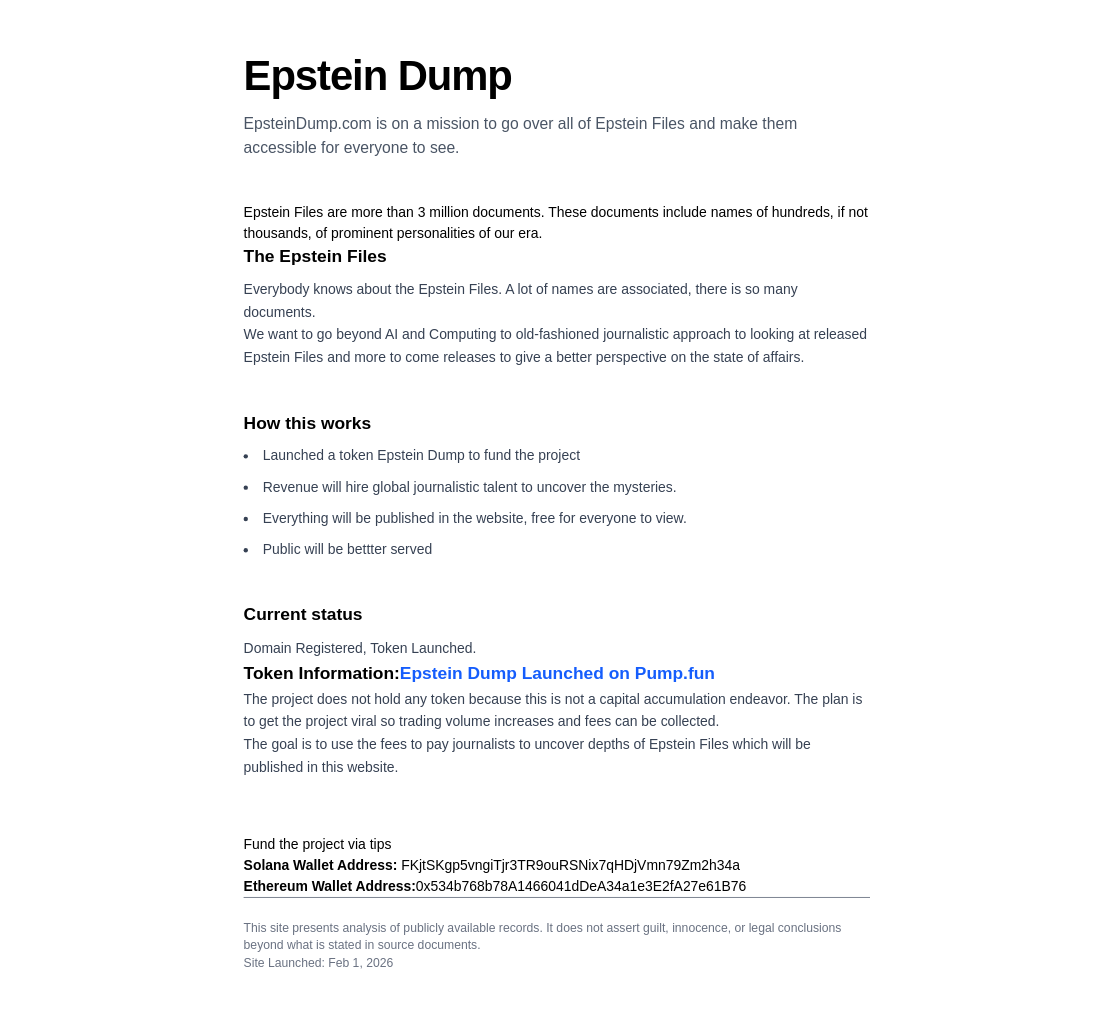
Repository: dayvoid97/epsteindump
Page: /
An editor plug-in stored every save of this project. The page is shown before and after the next save, followed by the edit.
The browser window is 1280 px wide. The pictures show the whole page, at 87% of full size.
The project was rebuilt for these pictures with package versions that can differ from the ones it lists, and the page was loaded fresh each time. The framework's server and built-in components were replaced by stand-ins that run in the browser. Also part of the build but not shown: next.config.ts.

Above is the page before, as saved 2026-02-02 02:34:46.

### app/layout.tsx
import type { Metadata } from 'next'
import { Geist, Geist_Mono } from 'next/font/google'
import Script from 'next/script'
import './globals.css'

const geistSans = Geist({
  variable: '--font-geist-sans',
  subsets: ['latin'],
})

const geistMono = Geist_Mono({
  variable: '--font-geist-mono',
  subsets: ['latin'],
})

export const metadata: Metadata = {
  title: 'The Epstein Files',
  description: 'Readable analysis of publicly released Epstein-related documents.',
}

export default function RootLayout({
  children,
}: Readonly<{
  children: React.ReactNode
}>) {
  return (
    <html lang="en">
      <head>
        {/* Google Analytics (GA4) */}
        <Script
          src="https://www.googletagmanager.com/gtag/js?id=G-BQLDPN3H1B"
          strategy="afterInteractive"
        />
        <Script id="ga4-init" strategy="afterInteractive">
          {`
            window.dataLayer = window.dataLayer || [];
            function gtag(){dataLayer.push(arguments);}
            gtag('js', new Date());
            gtag('config', 'G-BQLDPN3H1B');
          `}
        </Script>
        {/* End Google Analytics */}
      </head>

      <body className={`${geistSans.variable} ${geistMono.variable} antialiased`}>{children}</body>
    </html>
  )
}

### app/page.tsx
export default function Home() {
  return (
    <main className="min-h-screen bg-white text-black">
      <div className="max-w-3xl mx-auto px-6 py-16">
        {/* Header */}
        <header className="mb-12">
          <h1 className="text-4xl md:text-5xl font-semibold tracking-tight">Epstein Dump</h1>
          <p className="mt-4 text-lg text-gray-600">
            EpsteinDump.com is on a mission to go over all of Epstein Files and make them accessible
            for everyone to see.
          </p>
        </header>

        <span>
          <p>
            Epstein Files are more than 3 million documents. These documents include names of
            hundreds, if not thousands, of prominent personalities of our era.
          </p>
        </span>

        {/* Mission */}
        <section className="mb-12">
          <h2 className="font-bold text-xl  mb-3">The Epstein Files</h2>
          <p className="text-gray-700 leading-relaxed">
            Everybody knows about the Epstein Files. A lot of names are associated, there is so many
            documents.
          </p>

          <p className="text-gray-700 leading-relaxed">
            We want to go beyond AI and Computing to old-fashioned journalistic approach to looking
            at released Epstein Files and more to come releases to give a better perspective on the
            state of affairs.
          </p>
        </section>

        {/* What to Expect */}
        <section className="mb-12">
          <h2 className="text-xl font-bold mb-3">How this works</h2>
          <ul className="space-y-3 text-gray-700 list-disc list-inside">
            <li>Launched a token Epstein Dump to fund the project</li>
            <li>Revenue will hire global journalistic talent to uncover the mysteries. </li>
            <li>Everything will be published in the website, free for everyone to view. </li>
            <li>Public will be bettter served</li>
          </ul>
        </section>

        {/* Status */}
        <section className="mb-16">
          <h2 className="text-xl font-bold mb-3">Current status</h2>
          <p className="text-gray-700 leading-relaxed">Domain Registered, Token Launched.</p>
          <p className=" font-bold text-xl  leading-relaxed">
            Token Information:
            <a
              href="https://pump.fun/coin/AjRmSm4ZyLYUZ9ftCfi5yzLexpvPSRJtbccKJ99Dpump"
              className="text-blue-600"
            >
              Epstein Dump Launched on Pump.fun
            </a>
          </p>
          <p className="text-gray-700 leading-relaxed">
            The project does not hold any token because this is not a capital accumulation endeavor.
            The plan is to get the project viral so trading volume increases and fees can be
            collected.
          </p>

          <p className="text-gray-700 leading-relaxed">
            The goal is to use the fees to pay journalists to uncover depths of Epstein Files which
            will be published in this website.
          </p>
        </section>

        <section>
          <h2> Fund the project via tips</h2>

          <p>
            <span className="font-bold">Solana Wallet Address:</span>{' '}
            <span>FKjtSKgp5vngiTjr3TR9ouRSNix7qHDjVmn79Zm2h34a</span>{' '}
          </p>
          <p>
            <span className="font-bold">Ethereum Wallet Address:</span>
            <span>0x534b768b78A1466041dDeA34a1e3E2fA27e61B76</span>{' '}
          </p>
        </section>

        {/* Footer */}
        <footer className="border-t pt-6 text-sm text-gray-500">
          <p>
            This site presents analysis of publicly available records. It does not assert guilt,
            innocence, or legal conclusions beyond what is stated in source documents.
          </p>
          <p>Site Launched: Feb 1, 2026</p>
        </footer>
      </div>
    </main>
  )
}

Loaded but not shown: app/globals.css (common file)

After the next save:
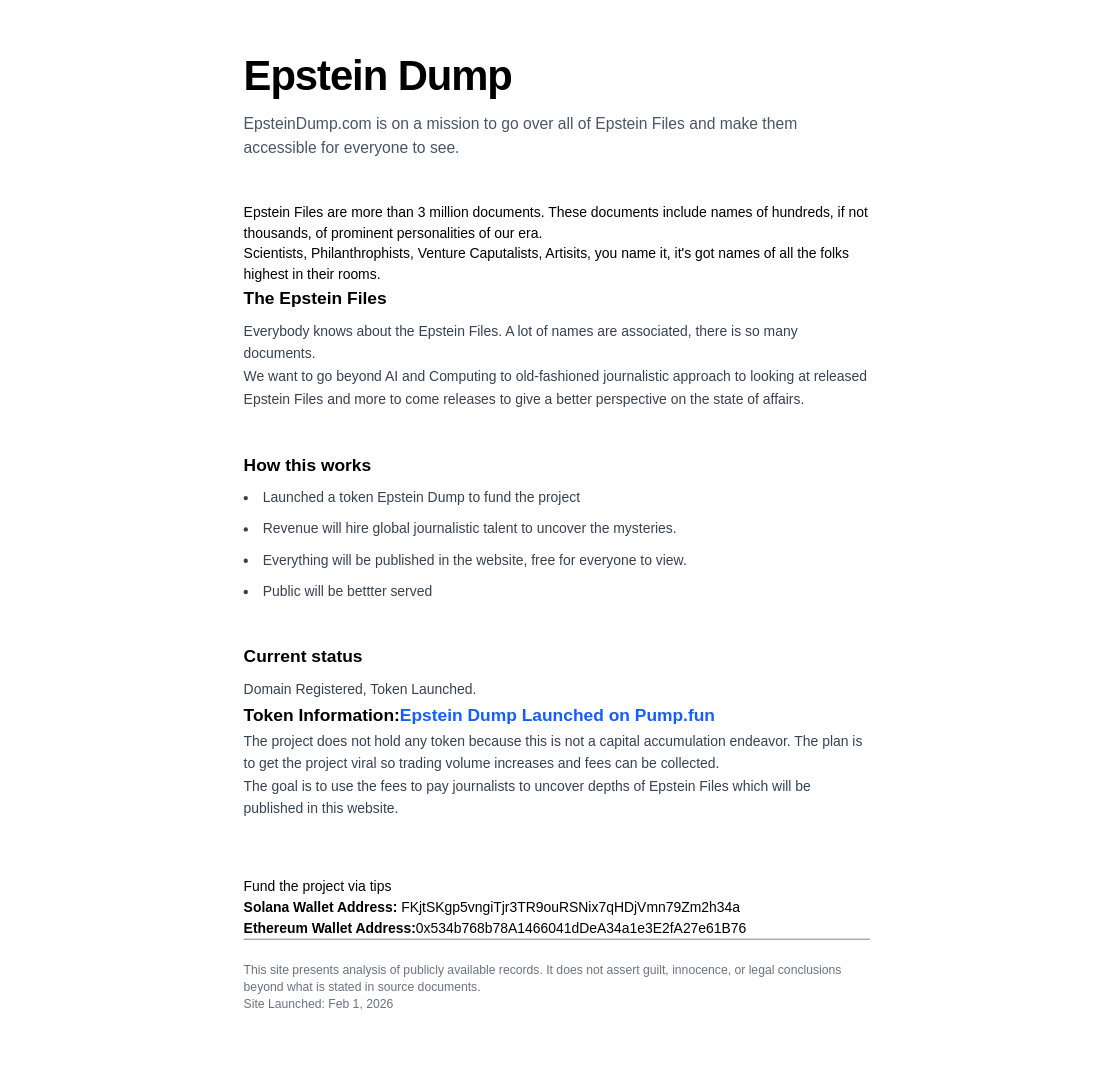
Saved 60 s later.
--- a/app/page.tsx
+++ b/app/page.tsx
@@ -15,6 +15,10 @@
           <p>
             Epstein Files are more than 3 million documents. These documents include names of
             hundreds, if not thousands, of prominent personalities of our era.
+          </p>
+          <p>
+            Scientists, Philanthrophists, Venture Caputalists, Artisits, you name it, it's got names
+            of all the folks highest in their rooms.
           </p>
         </span>
 
